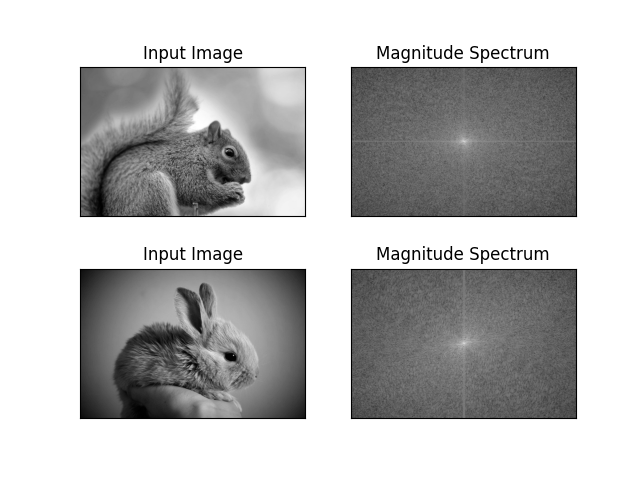
Repository: Yuer-yuan/CV
Script's output: python lab1-hybrid-image/gui/fft.py
The author's editor kept a copy of each file at every save. The script's output is drawn from the files as they stood at one save, then again after the next save.
Each picture stacks the figures in order, with grey between them; figures that are only written to a file come last. Random numbers start from a fixed seed. It also reads lab1-hybrid-image/gui/res/bunny1.png, lab1-hybrid-image/gui/res/squirrel1.png.

Above is the script's output before, as saved 2023-03-26 17:16:47.

### lab1-hybrid-image/gui/fft.py
import cv2
import numpy as np
from matplotlib import pyplot as plt

pairs = [
    ('res/squirrel1.png', 'res/bunny1.png'),
    ('res/cat.jpg', 'res/dog.jpg'),
    ('res/donkey1.png', 'res/zebra1.png'),
]
pair_idx = 0

ksize1, sigma1, ksize2, sigma2 = 39, 11, 21, 5
d1, d2 = 10, 10


def spatial_hybrid_image(img1, img2, ksize1, sigma1, ksize2, sigma2):
    # convert to float32
    img1_low = cv2.GaussianBlur(img1, (ksize1, ksize1), sigma1)
    img2_low = cv2.GaussianBlur(img2, (ksize2, ksize2), sigma2)
    img2_high = cv2.subtract(img2, img2_low)

    # combine the high and low frequencies
    hybrid_image = cv2.add(img1_low, img2_high)

    # display the images
    cv2.imshow('Low Frequency Image', img1_low)
    cv2.imshow('High Frequency Image', img2_high)
    cv2.imshow('Hybrid Image', hybrid_image)
    cv2.waitKey(0)


def spectral_hybrid_image(image1, image2, d1, d2):
    # convert to float32
    image1 = np.float32(image1)
    image2 = np.float32(image2)

    # compute the FFT of the images
    f1 = np.fft.fft2(image1)
    f2 = np.fft.fft2(image2)

    # shift the quadrants of the Fourier image so that the origin is at the
    # image center
    f1shift = np.fft.fftshift(f1)
    f2shift = np.fft.fftshift(f2)

    # compute the magnitude and phase of the image
    magnitude1 = 20 * np.log(np.abs(f1shift))
    magnitude2 = 20 * np.log(np.abs(f2shift))

    plt.subplot(221), plt.imshow(image1, cmap='gray')
    plt.title('Input Image'), plt.xticks([]), plt.yticks([])
    plt.subplot(222), plt.imshow(magnitude1, cmap='gray')
    plt.title('Magnitude Spectrum'), plt.xticks([]), plt.yticks([])
    plt.subplot(223), plt.imshow(image2, cmap='gray')
    plt.title('Input Image'), plt.xticks([]), plt.yticks([])
    plt.subplot(224), plt.imshow(magnitude2, cmap='gray')
    plt.title('Magnitude Spectrum'), plt.xticks([]), plt.yticks([])
    plt.show()



if __name__ == '__main__':
    img1 = cv2.imread(pairs[pair_idx][0], 0)    # read as grayscale
    img2 = cv2.imread(pairs[pair_idx][1], 0)

    # spatial_hybrid_image(img1, img2, ksize1, sigma1, ksize2, sigma2)
    spectral_hybrid_image(img1, img2, d1, d2)

After the next save:
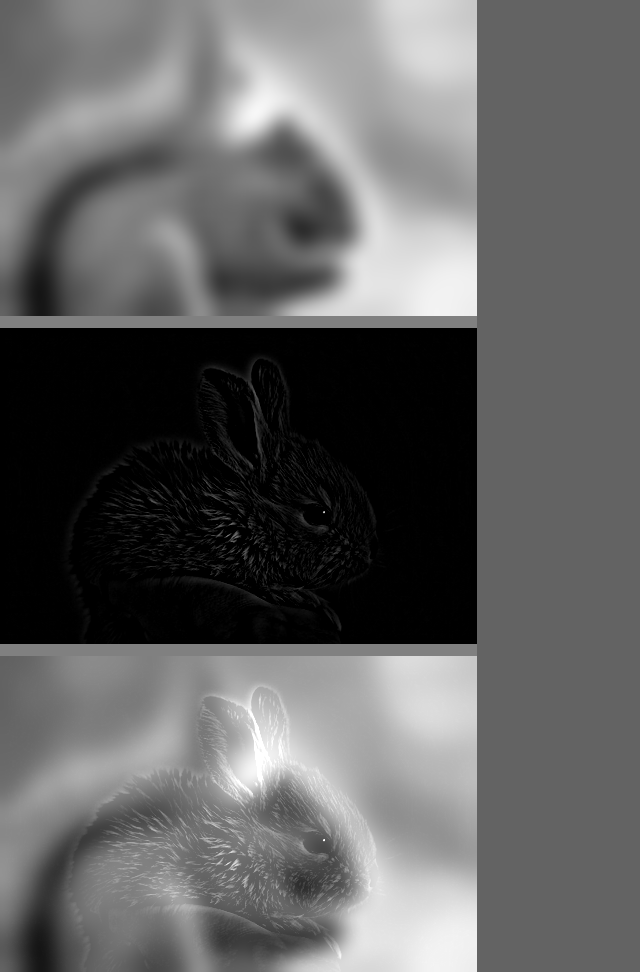
Saved 5 s later.
--- a/lab1-hybrid-image/gui/fft.py
+++ b/lab1-hybrid-image/gui/fft.py
@@ -63,5 +63,5 @@ if __name__ == '__main__':
     img1 = cv2.imread(pairs[pair_idx][0], 0)    # read as grayscale
     img2 = cv2.imread(pairs[pair_idx][1], 0)
 
-    # spatial_hybrid_image(img1, img2, ksize1, sigma1, ksize2, sigma2)
-    spectral_hybrid_image(img1, img2, d1, d2)
+    spatial_hybrid_image(img1, img2, ksize1, sigma1, ksize2, sigma2)
+    # spectral_hybrid_image(img1, img2, d1, d2)
